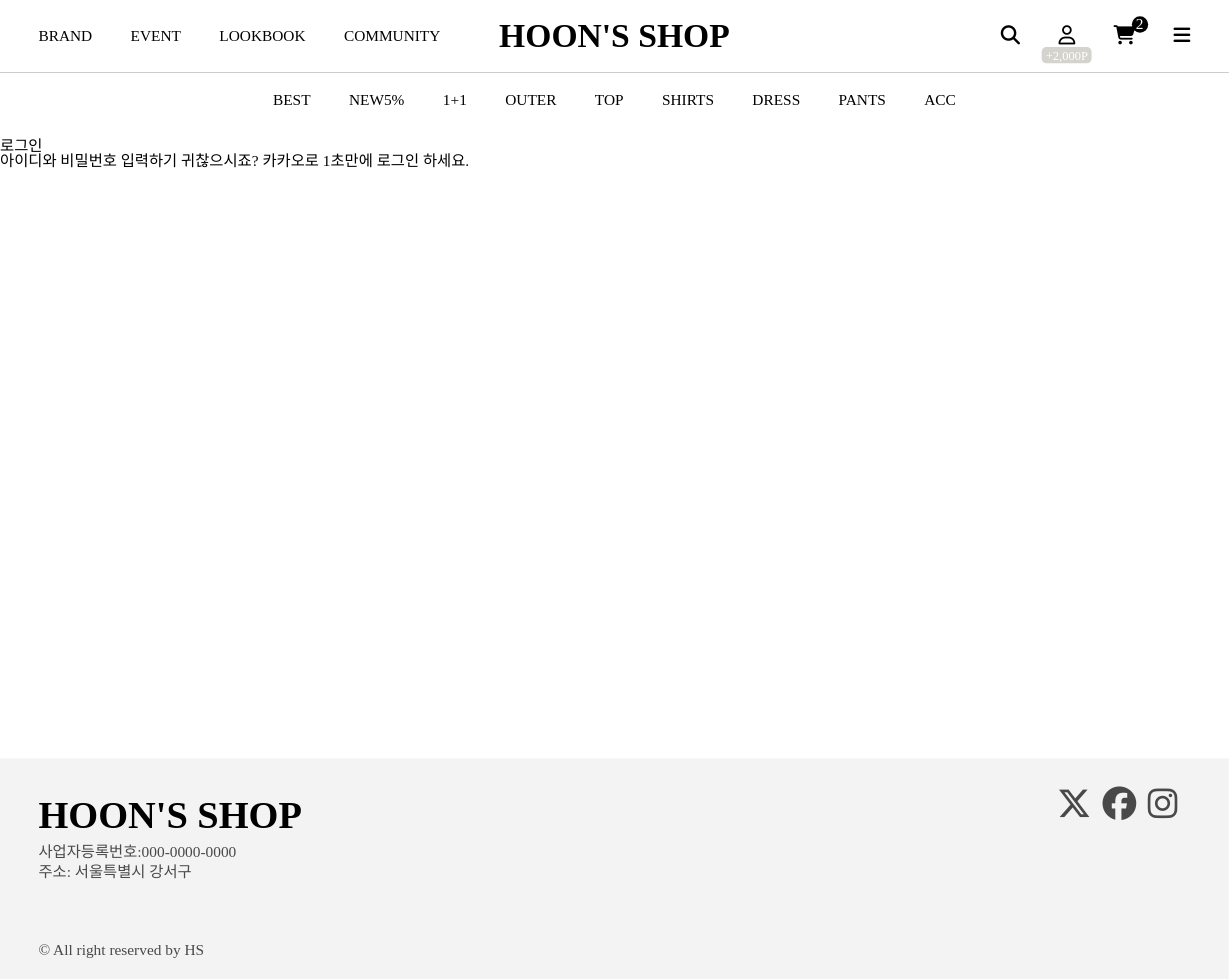
Repository: Iimchaehoon/cafeProject
Page: login.html
An editor plug-in stored every save of this project. The page is shown before and after the next save, followed by the edit.
The browser window is 1280 px wide. The pictures show the whole page, at 96% of full size.
Some web fonts or font styles are not loaded; a fallback is used. Some web libraries are served in a nearby version.

Above is the page before, as saved 2024-07-28 23:52:18.

### login.html
<!DOCTYPE html>
<html lang="en">
  <head>
    <meta charset="UTF-8" />
    <meta name="viewport" content="width=device-width, initial-scale=1.0" />
    <title>Document</title>
    <link rel="stylesheet" href="/src/css/pages/login.css" />
    <script
      src="https://kit.fontawesome.com/1e606f2a97.js"
      crossorigin="anonymous"
    ></script>
  </head>
  <body>
    <!--header-->
    <header class="header">
      <div class="header__top">
        <nav class="header__nav-box">
          <ul class="header__list-box">
            <li class="header__content">BRAND</li>
            <li class="header__content">EVENT</li>
            <li class="header__content">LOOKBOOK</li>
            <li class="header__content">COMMUNITY</li>
          </ul>
        </nav>
        <h1 class="header__title">HOON'S SHOP</h1>
        <ul class="header__menu">
          <li class="header__content">
            <i class="fa-solid fa-magnifying-glass fa-lg"></i>
          </li>
          <li class="header__content header__content--badge-price">
            <div class="header__price-badge"><span>+2,000P</span></div>
            <i class="fa-regular fa-user fa-lg"></i>
          </li>
          <li class="header__content header__content--badge-box">
            <div class="header__cart-badge"><span>2</span></div>
            <i class="fa-solid fa-cart-shopping fa-lg"></i>
          </li>
          <li class="header__content">
            <i class="fa-solid fa-bars fa-lg"></i>
          </li>
        </ul>
      </div>

      <div class="header__bottom">
        <ul class="header__category">
          <li class="header__content">BEST</li>
          <li class="header__content">NEW5%</li>
          <li class="header__content">1+1</li>
          <li class="header__content">OUTER</li>
          <li class="header__content">TOP</li>
          <li class="header__content">SHIRTS</li>
          <li class="header__content">DRESS</li>
          <li class="header__content">PANTS</li>
          <li class="header__content">ACC</li>
        </ul>
      </div>
    </header>
    <div class="login-wrapper">
      <h2 class="login__title">로그인</h2>
      <span class="login__text">아이디와 비밀번호 입력하기 귀찮으시죠?</span>
      <span class="login__text">카카오로 1초만에 로그인 하세요.</span>
    </div>
    <!-- footer -->
    <footer class="footer">
      <div class="footer_sub-box">
        <span class="footer_title">HOON'S SHOP</span>
        <small class="footer_text">사업자등록번호:000-0000-0000</small>
        <small class="footer_text">주소: 서울특별시 강서구</small>
        <small class="footer_text footer_copy-right"
          >&copy; All right reserved by HS</small
        >
      </div>
      <div class="footer_sub-box footer__social-box">
        <span class="footer_text">
          <i class="fa-brands fa-x-twitter fa-2xl"></i>
        </span>
        <span class="footer_text">
          <i class="fa-brands fa-facebook fa-2xl"></i>
        </span>
        <span class="footer_text">
          <i class="fa-brands fa-instagram fa-2xl"></i>
        </span>
      </div>
    </footer>
  </body>
</html>

### src/css/pages/login.css
@import "../reset.css";
@import "../common.css";
@import "../components/header.css";
@import "../components/footer.css";
.login-wrapper {
  height: 80vh;
}

### src/css/common.css
@import url("https://fonts.googleapis.com/css2?family=Nanum+Gothic&family=Nanum+Myeongjo&display=swap");
body {
  font-family: "Nanum Myeongjo", serif;
  margin: 0;
  padding: 0;
  box-sizing: border-box;
  padding-bottom: 300px;
  position: relative;
}
ul {
  margin: 0;
}

### src/css/components/header.css
.header {
  height: 20vh;
}
.header__top {
  display: flex;
  justify-content: space-between;
  padding: 20px;
  border-bottom: 1px solid rgba(0, 0, 0, 0.2);
}
.header__nav-box {
  width: 33%;
}
.header__title {
  width: 33%;
  font-size: 35px;
  font-weight: 550;
  text-align: center;
}

.header__list-box {
  display: flex;

  height: 100%;
  align-items: center;
}
.header__menu {
  display: flex;
  align-items: center;
  justify-content: flex-end;

  width: 33%;
}
.header__content {
  margin: 0 20px;
}
.header__content a {
  color: black;
}
/* 아래헤더 */
.header__category {
  display: flex;
  justify-content: center;
  padding: 20px 0;
}
.header__cart-badge {
  background-color: black;
  display: flex;
  justify-content: center;
  align-items: center;
  border-radius: 100%;
  width: 13px;
  height: 13px;
  padding: 2px;
  position: absolute;
  top: -13px;
  right: -13px;
}
.header__content--badge-box {
  position: relative;
}
.header__cart-badge span {
  color: white;
}
.header__content--badge-price {
  position: relative;
}
.header__price-badge {
  background-color: #d5d3cd;
  color: white;
  display: flex;
  justify-content: center;
  align-items: center;
  font-size: 13px;
  border-radius: 5px;
  padding: 2px 4px;
  position: absolute;
  left: 50%;
  transform: translateX(-50%);
  bottom: -20px;
}

### src/css/components/footer.css
.footer {
  position: absolute;
  bottom: 0;
  height: 230px;
  width: 100%;
  background-color: #f1f1f1d6;
  display: flex;
}

.footer_sub-box {
  width: 50%;
  height: 100%;
  display: flex;
  flex-direction: column;
  padding: 40px;
  box-sizing: border-box;
}
.footer_copy-right {
  position: relative;
  bottom: -60px;
}

.footer_title {
  font-size: 40px;
  font-weight: 600;
  margin-bottom: 10px;
}
.footer_text {
  color: rgba(0, 0, 0, 0.7);
  margin-bottom: 5px;
}
.footer__social-box {
  flex-direction: row;
  justify-content: flex-end;
}
.footer_text i {
  transform: scale(1.1);
  margin-right: 15px;
}

Loaded but not shown: src/css/reset.css (common file)

After the next save:
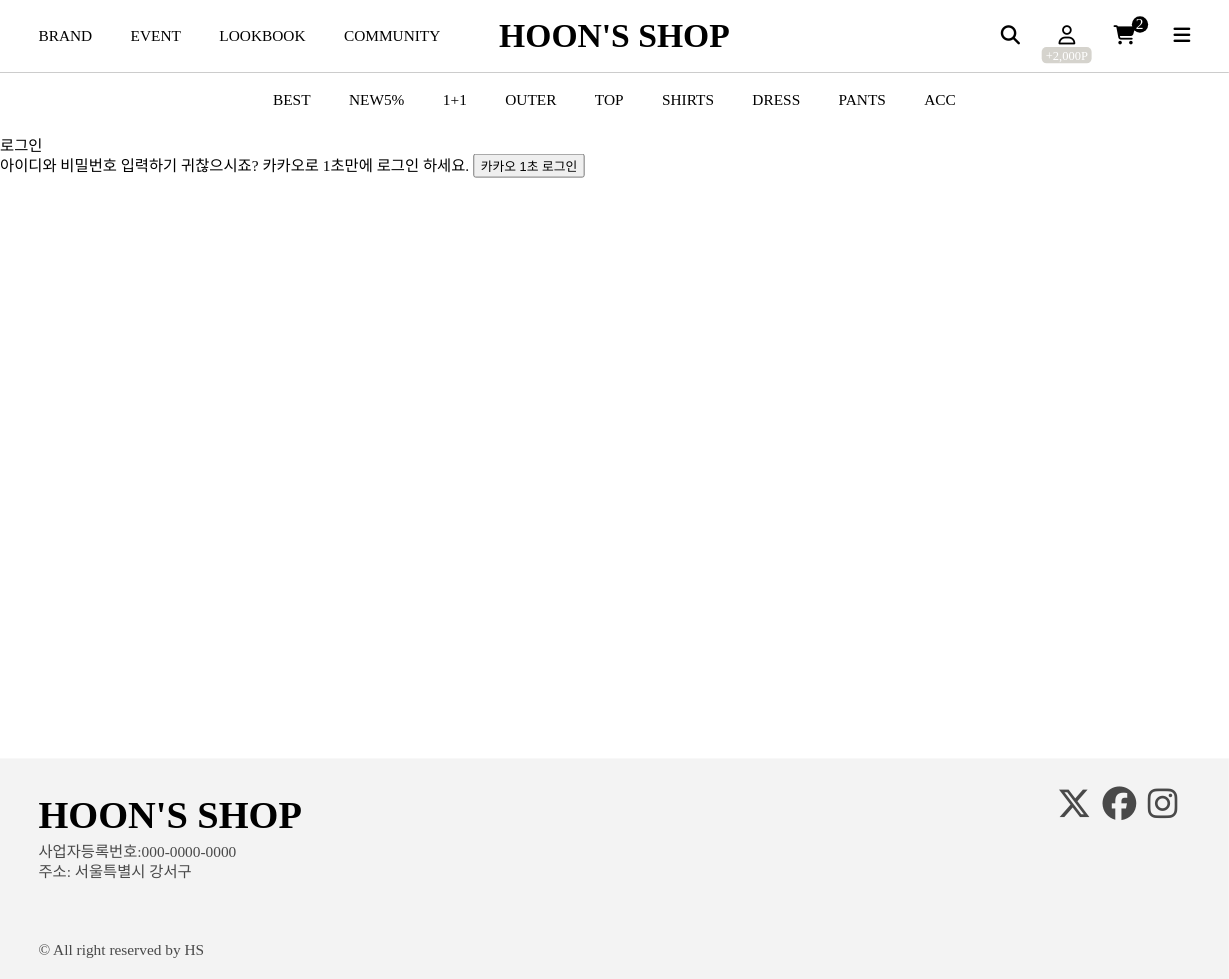
Saved 55 s later.
--- a/login.html
+++ b/login.html
@@ -59,6 +59,7 @@
       <h2 class="login__title">로그인</h2>
       <span class="login__text">아이디와 비밀번호 입력하기 귀찮으시죠?</span>
       <span class="login__text">카카오로 1초만에 로그인 하세요.</span>
+      <button class="login__btn login__btn-kakao">카카오 1초 로그인</button>
     </div>
     <!-- footer -->
     <footer class="footer">
